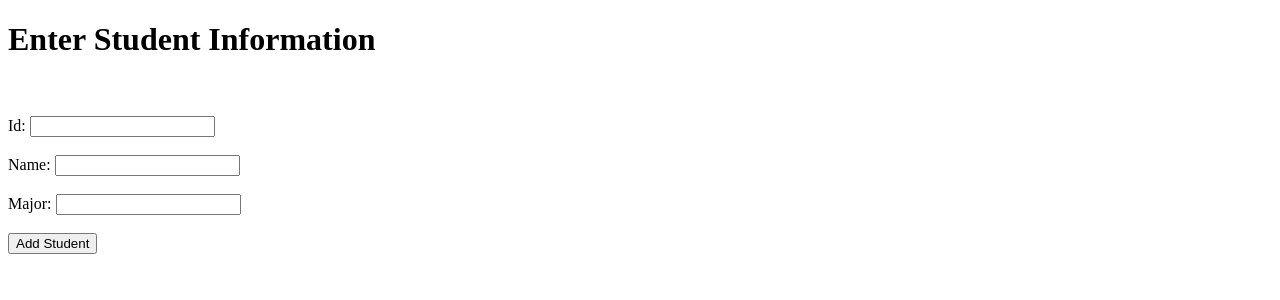
Repository: RevatureSteve/Java
Page: Week_4_JavaScript/JavaScriptClassExamples/WebContent/form.html
These files come from the project's save history. The page is drawn as it stood at one moment and after the next save; the edit follows.
The browser window is 1280 px wide. The pictures show the whole page.

Above is the page before, as saved 2016-09-07 18:55:28.

After the next save:
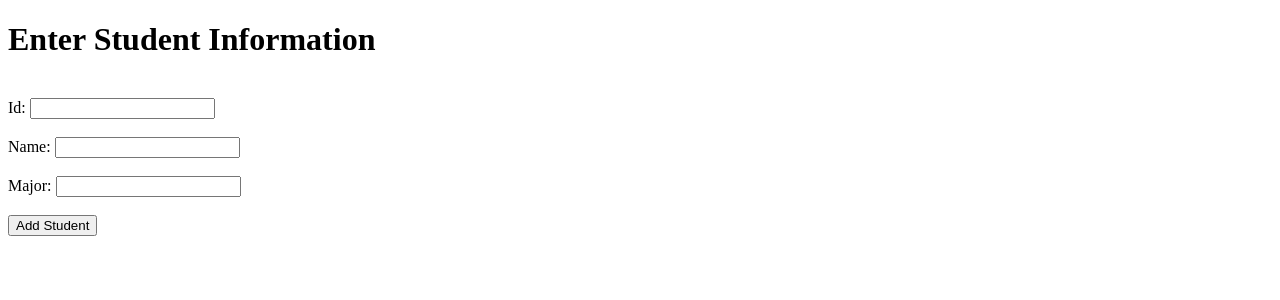
Saved 10 s later.
--- a/Week_4_JavaScript/JavaScriptClassExamples/WebContent/form.html
+++ b/Week_4_JavaScript/JavaScriptClassExamples/WebContent/form.html
@@ -5,7 +5,7 @@
 <title>Add Students</title>
 </head>
 <body>
-<h1> Enter Student Information</h1><br /><br />
+<h1> Enter Student Information</h1><br />
 Id: <input type="text" id="t_id" /><br /> <br />
 
 Name: <input type="text" id="t_name" /> <br /> <br />
